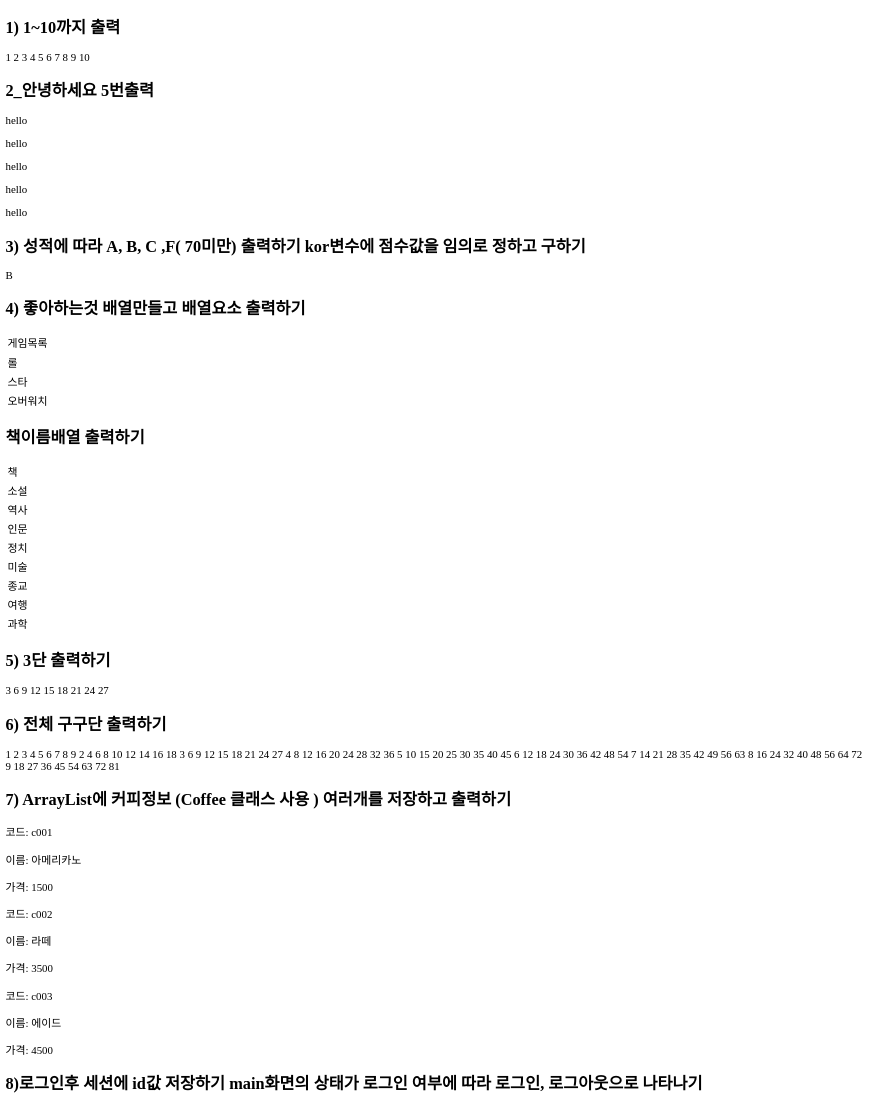
Repository: mvcfvsgdj/javaee
Page: http://localhost/ELprj0908/jstl8
The author's editor kept a copy of each file at every save. The page is drawn from the files as they stood at one save, then again after the next save.
The browser window is 1280 px wide. The pictures show the whole page, at 68% of full size.
The page is served by Tomcat 9. Other server files are loaded and not shown.

Above is the page before, as saved 2023-09-08 06:46:17.

### ELprj0908/src/main/webapp/WEB-INF/views/jstl8.jsp
<%@ page language="java" contentType="text/html; charset=UTF-8"
    pageEncoding="UTF-8"%>
<%@ page import="java.util.Date" %>
<%@ page import="java.time.LocalDate" %>

  <%@ taglib uri="http://java.sun.com/jsp/jstl/fmt" prefix="fmt" %>
  <%@ taglib uri="http://java.sun.com/jsp/jstl/core" prefix="c" %>


<!DOCTYPE html>
<html>
<head>
<meta charset="UTF-8">
<title>Insert title here</title>
</head>
<body>

<h2>1) 1~10까지 출력</h2>

<c:forEach var="i" begin = "1" end= "10">
		${i}</c:forEach>


<h2>2_안녕하세요 5번출력</h2>

<c:set var="hi" value="hello"/>
  <c:forEach begin="1" end="5" var="i">
        <p>${hi}</p>
    </c:forEach>

    <h2>3) 성적에 따라 A, B, C ,F( 70미만)  출력하기  kor변수에 점수값을 임의로 정하고 구하기</h2>


     <c:set var="kor"   value="87" />
 <c:if test="${kor }>=90}">장학금내놩</c:if>
<c:choose>
<c:when test="${kor>=90 }">A</c:when>
<c:when test="${kor>=80 }">B</c:when>
<c:when test="${kor>=70 }">C</c:when>
<c:otherwise>F</c:otherwise>
</c:choose>

    <h2>4) 좋아하는것 배열만들고 배열요소 출력하기  </h2>



    <table>
<tr>
<td>
게임목록
</td>
</tr>
<c:forEach var="game" items="${game}">
<tr>
<td>
${game}
</td>
</tr>
</c:forEach>
</table>
    <h2>책이름배열 출력하기</h2>

        <table>
<tr>
<td>
책
</td>
</tr>
<c:forEach var="book" items="${book}">
<tr>
<td>
${book}
</td>
</tr>
</c:forEach>
</table>


    <h2>5) 3단 출력하기</h2>

    <c:forEach var="i" begin = "1" end= "9">
		${3*i}</c:forEach>


    <h2>6) 전체 구구단 출력하기</h2>


        <c:forEach  var="i" begin = "1" end= "9">
		<c:forEach var="j" begin = "1" end= "9">

		${j*i}</c:forEach>

		</c:forEach>
    <h2>7) ArrayList에 커피정보 (Coffee 클래스 사용 ) 여러개를 저장하고 출력하기 </h2>

<c:forEach var="coffeelist" items="${coffeelist}">
    <p>코드: ${coffeelist.code}</p>
    <p>이름: ${coffeelist.name}</p>
    <p>가격: ${coffeelist.price}</p>
</c:forEach>


<h2>8)로그인후 세션에 id값 저장하기 main화면의 상태가 로그인 여부에 따라  로그인, 로그아웃으로 나타나기</h2>



</body>
</html>

### ELprj0908/src/main/java/elprj/Jstl8.java
package elprj;

import java.io.IOException;
import java.util.ArrayList;

import javax.servlet.ServletException;
import javax.servlet.annotation.WebServlet;
import javax.servlet.http.HttpServlet;
import javax.servlet.http.HttpServletRequest;
import javax.servlet.http.HttpServletResponse;
import javax.servlet.http.HttpSession;

@WebServlet("/jstl8")
public class Jstl8 extends HttpServlet {

	@Override
	protected void doGet(HttpServletRequest req, HttpServletResponse resp) throws ServletException, IOException {


	    String[] game = { "롤" , "스타", "오버워치" };

	    String[] bookNames = {  "소설" , "역사" , "인문",  "정치" , "미술" ,"종교" ,"여행", "과학"}  ;

	    ArrayList<Coffee> coffeelist = new ArrayList<>();
	    coffeelist.add(new Coffee("c001", "아메리카노" , 1500));
	    coffeelist.add(new Coffee("c002", "라떼" , 3500));
	    coffeelist.add(new Coffee("c003", "에이드" , 4500));

	    HttpSession session = req.getSession();
		session.setAttribute("id", "acorn01");


	    System.out.println(coffeelist);
	    req.setAttribute("coffeelist", coffeelist);
	    req.setAttribute("game", game);
	    req.setAttribute("book", bookNames);
		req.getRequestDispatcher("WEB-INF/views/jstl8.jsp").forward(req, resp);
	}
}

### ELprj0908/src/main/java/elprj/Coffee.java
package elprj;

public class Coffee {

	String code;
	String name;
	int price;


	public Coffee() {
		// TODO Auto-generated constructor stub
	}

	public Coffee(String code, String name, int price) {
		super();
		this.code = code;
		this.name = name;
		this.price = price;
	}
	public String getCode() {
		return code;
	}
	public void setCode(String code) {
		this.code = code;
	}
	public String getName() {
		return name;
	}
	public void setName(String name) {
		this.name = name;
	}
	public int getPrice() {
		return price;
	}
	public void setPrice(int price) {
		this.price = price;
	}
	@Override
	public String toString() {
		return "Coffee [code=" + code + ", name=" + name + ", price=" + price + "]";
	}



}

After the next save:
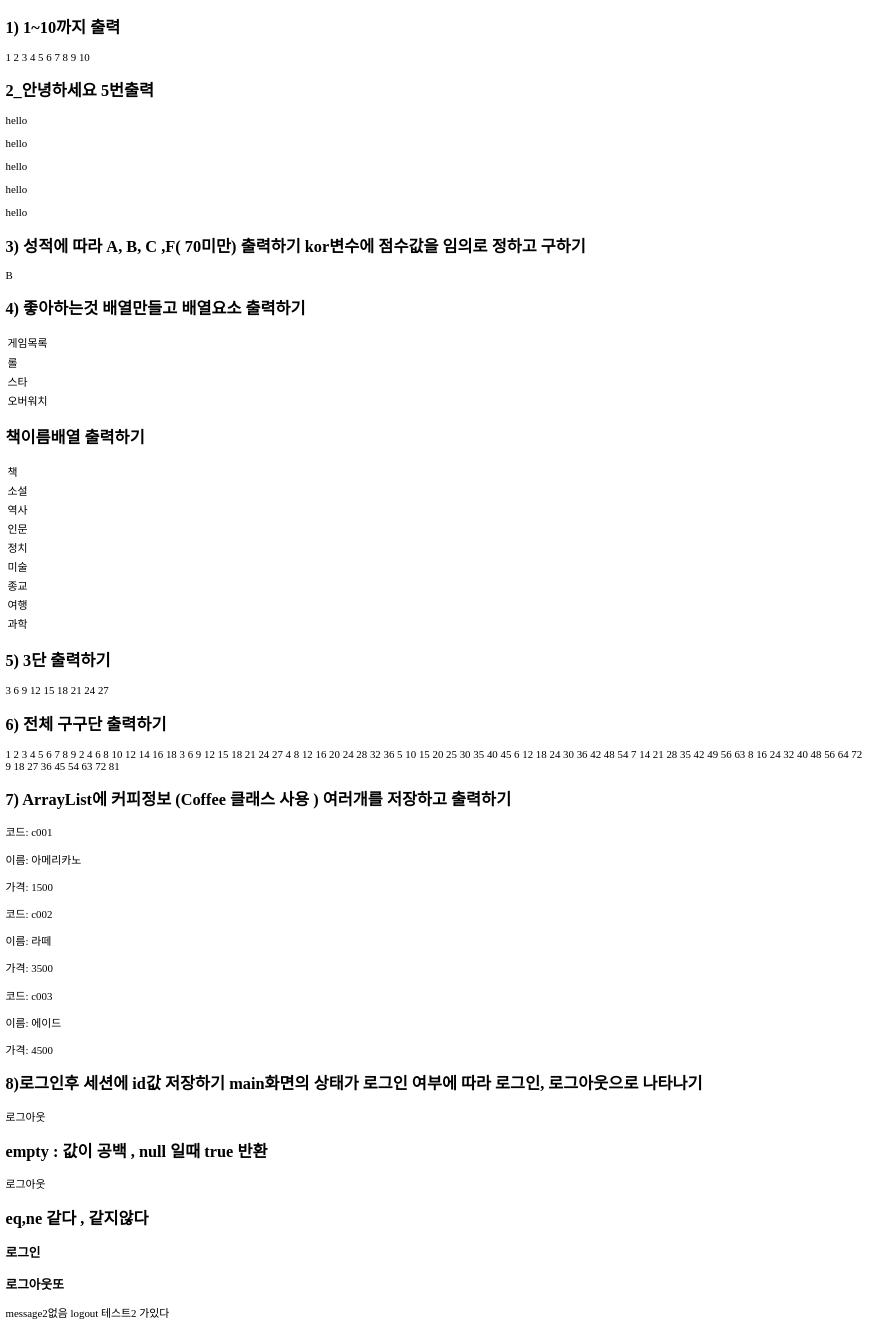
Saved 7 min 0 s later.
--- a/ELprj0908/src/main/webapp/WEB-INF/views/jstl8.jsp
+++ b/ELprj0908/src/main/webapp/WEB-INF/views/jstl8.jsp
@@ -100,8 +100,46 @@ ${book}
 </c:forEach>
 
 
-<h2>8)로그인후 세션에 id값 저장하기 main화면의 상태가 로그인 여부에 따라  로그인, 로그아웃으로 나타나기</h2>
+<h2>8)로그인후 세션에 id값 저장하기 main화면의 상태가 로그인 여부에 따라 로그인, 로그아웃으로 나타나기</h2>
 
+<% String id =(String)session.getAttribute("id");
+	if(id !=null){%>
+
+
+
+	로그아웃
+<%} else{%>
+	로그인
+
+<%} %>
+
+<h2>empty : 값이 공백 , null 일때 true 반환</h2>
+<c:if test="${empty id }">로그인 </c:if>
+<c:if test="${not empty id }">로그아웃</c:if>
+
+<h2> eq,ne 같다 , 같지않다</h2>
+<c:set var="message" value="비로그인"/>
+<c:if test="${message eq '비로그인' }">
+<h3>로그인</h3>
+</c:if>
+
+<c:if test="${message ne '비로그인'}"></c:if>
+<h3>로그아웃또</h3>
+<c:if test="${empty message }">
+message없음
+</c:if>
+<c:if test="${empty message2 }">
+message2없음
+</c:if>
+
+
+<c:set var="loginOut" value="${empty id ? 'login': 'logout' }"/>
+${loginOut }
+
+<c:set var="test2" value="acorn2"/>
+<c:set var="result" value="${empty test2 ? 'test2없음' : '테스트2 가있다' }"/>
+
+${result}
 
 
 </body>
